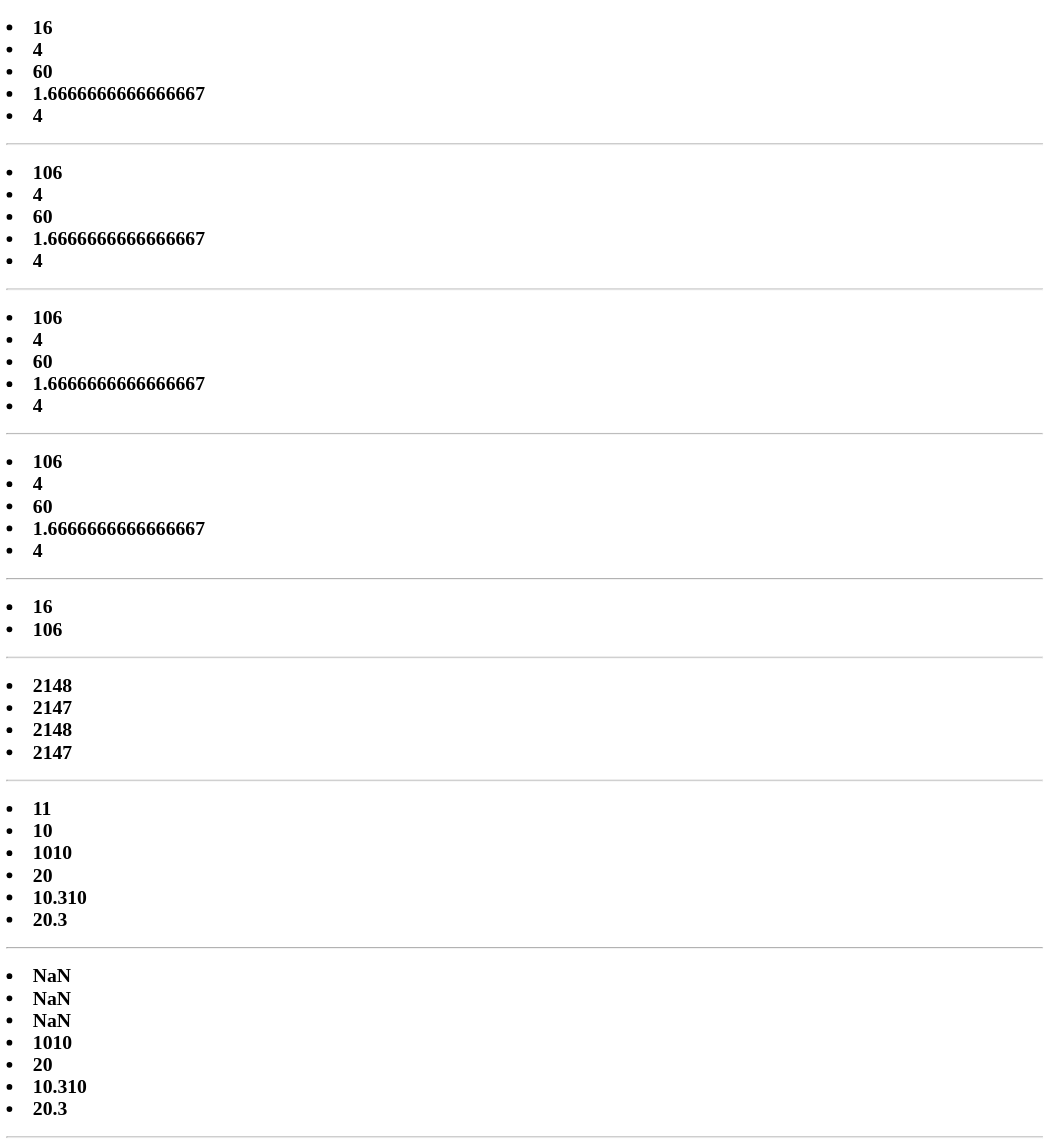
Repository: ady0099/webstudy
Page: 03_javascript/src/main/webapp/day03/ex01_number.html
The author's editor kept a copy of each file at every save. The page is drawn from the files as they stood at one save, then again after the next save.
The browser window is 1280 px wide. The pictures show the whole page, at 82% of full size.

Above is the page before, as saved 2023-06-29 01:48:20.

### 03_javascript/src/main/webapp/day03/ex01_number.html
<!DOCTYPE html>
<html>
	<head>
		<meta charset="UTF-8">
		<title>Number 클래스</title>
		<script type="text/javascript">
			var s1 = 10;
			var s2 = 6;
			document.write("<h2>");
			document.write("<li>"+(s1+s2)+"</li>");
			document.write("<li>"+(s1-s2)+"</li>");
			document.write("<li>"+(s1*s2)+"</li>");
			document.write("<li>"+(s1/s2)+"</li>");
			document.write("<li>"+(s1%s2)+"</li>");
			document.write("</h2>");
			document.write("<hr>");

			var s1 = "10";
			var s2 = "6";
			document.write("<h2>");
			document.write("<li>"+(s1+s2)+"</li>"); // 계산X, 문자열 결합
			document.write("<li>"+(s1-s2)+"</li>"); // 이하 계산가능
			document.write("<li>"+(s1*s2)+"</li>");
			document.write("<li>"+(s1/s2)+"</li>");
			document.write("<li>"+(s1%s2)+"</li>");
			document.write("</h2>");
			document.write("<hr>");

			var s1 = 10;
			var s2 = "6";
			document.write("<h2>");
			document.write("<li>"+(s1+s2)+"</li>"); // 계산X, 문자열 결합
			document.write("<li>"+(s1-s2)+"</li>"); // 이하 계산가능
			document.write("<li>"+(s1*s2)+"</li>");
			document.write("<li>"+(s1/s2)+"</li>");
			document.write("<li>"+(s1%s2)+"</li>");
			document.write("</h2>");
			document.write("<hr>");

			var s1 = "10";
			var s2 = 6;
			document.write("<h2>");
			document.write("<li>"+(s1+s2)+"</li>"); // 계산X, 문자열 결합
			document.write("<li>"+(s1-s2)+"</li>"); // 이하 계산가능
			document.write("<li>"+(s1*s2)+"</li>");
			document.write("<li>"+(s1/s2)+"</li>");
			document.write("<li>"+(s1%s2)+"</li>");
			document.write("</h2>");
			document.write("<hr>");

			// 숫자를 문자열로 변경 toString()
			s1 = 10;
			s2 = 6;
			document.write("<h2>");
			document.write("<li>" +(s1+s2)+"</li>");
			document.write("<li>" +(s1.toString()+s2)+"</li>");
			document.write("</h2>");
			document.write("<hr>");

			// toFixed(자릿수) : 지정된 소숫점 이하 자릿수 작성(반올림), 음수는 사용 못함
			document.write("<h2>");
			s1 = 2147.656;
			s2 = 2147.444

			document.write("<li>"+s1.toFixed(0)+"</li>"); // 2148
			document.write("<li>"+s2.toFixed(0)+"</li>"); // 2147

			document.write("<li>"+s1.toFixed(0)+"</li>"); // 2147.7
			document.write("<li>"+s2.toFixed(0)+"</li>"); // 2147.4


			document.write("</h2>");
			document.write("<hr>");


			// 문자열을 숫자로 변환 : Number, parseInt, parseFloat
			// Non(Not a Number) : 숫자가 들어갈 자리에 숫자가 아닌 다른 값이 들어오면 표시되는 예약어
			// isNaN : NaN을 확인하는 함수(Nan이면 true, 아니면 false);
			document.write("<h2>");
			document.write("<li>"+(Number(true)+10)+"</li>"); 	// 11
			document.write("<li>"+(Number(false)+10)+"</li>"); 	// 10
			document.write("<li>"+("10"+10)+"</li>"); 			// 1010
			document.write("<li>"+(Number("10")+10)+"</li>"); 	// 20
			document.write("<li>"+("10.3"+10)+"</li>"); 		// 10.310
			document.write("<li>"+(Number("10.3")+10)+"</li>"); // 20.3
			document.write("</h2>");
			document.write("<hr>");

			document.write("<h2>");
			document.write("<li>"+(Number("10,003")+10)+"</li>"); 	// NaN
			document.write("<li>"+(Number("10A")+10)+"</li>"); 		// NaN
			document.write("<li>"+(Number("A10")+10)+"</li>"); 		// NaN
			document.write("<li>"+("10"+10)+"</li>"); 				// 1010
			document.write("<li>"+(Number("10")+10)+"</li>"); 		// 20
			document.write("<li>"+("10.3"+10)+"</li>"); 			// 10.310
			document.write("<li>"+(Number("10.3")+10)+"</li>"); 	// 20.3
			document.write("</h2>");
			document.write("<hr>");


		</script>
	</head>
	<body>

	</body>
</html>

After the next save:
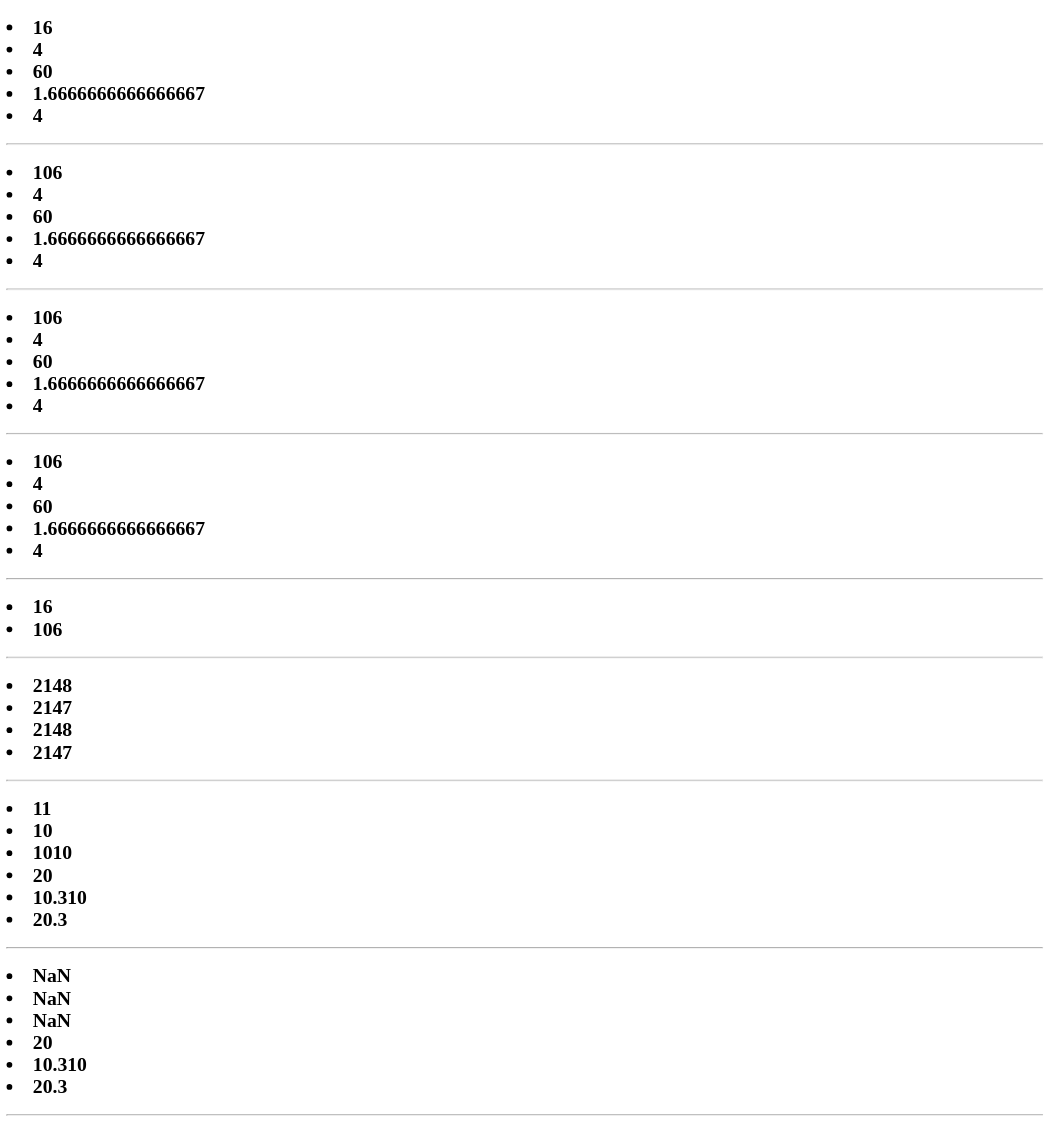
Saved 11 s later.
--- a/03_javascript/src/main/webapp/day03/ex01_number.html
+++ b/03_javascript/src/main/webapp/day03/ex01_number.html
@@ -90,8 +90,7 @@
 			document.write("<li>"+(Number("10,003")+10)+"</li>"); 	// NaN
 			document.write("<li>"+(Number("10A")+10)+"</li>"); 		// NaN
 			document.write("<li>"+(Number("A10")+10)+"</li>"); 		// NaN
-			document.write("<li>"+("10"+10)+"</li>"); 				// 1010
-			document.write("<li>"+(Number("10")+10)+"</li>"); 		// 20
+			document.write("<li>"+(Number("  10")+10)+"</li>"); 		// 20
 			document.write("<li>"+("10.3"+10)+"</li>"); 			// 10.310
 			document.write("<li>"+(Number("10.3")+10)+"</li>"); 	// 20.3
 			document.write("</h2>");

After the 2 saves that followed:
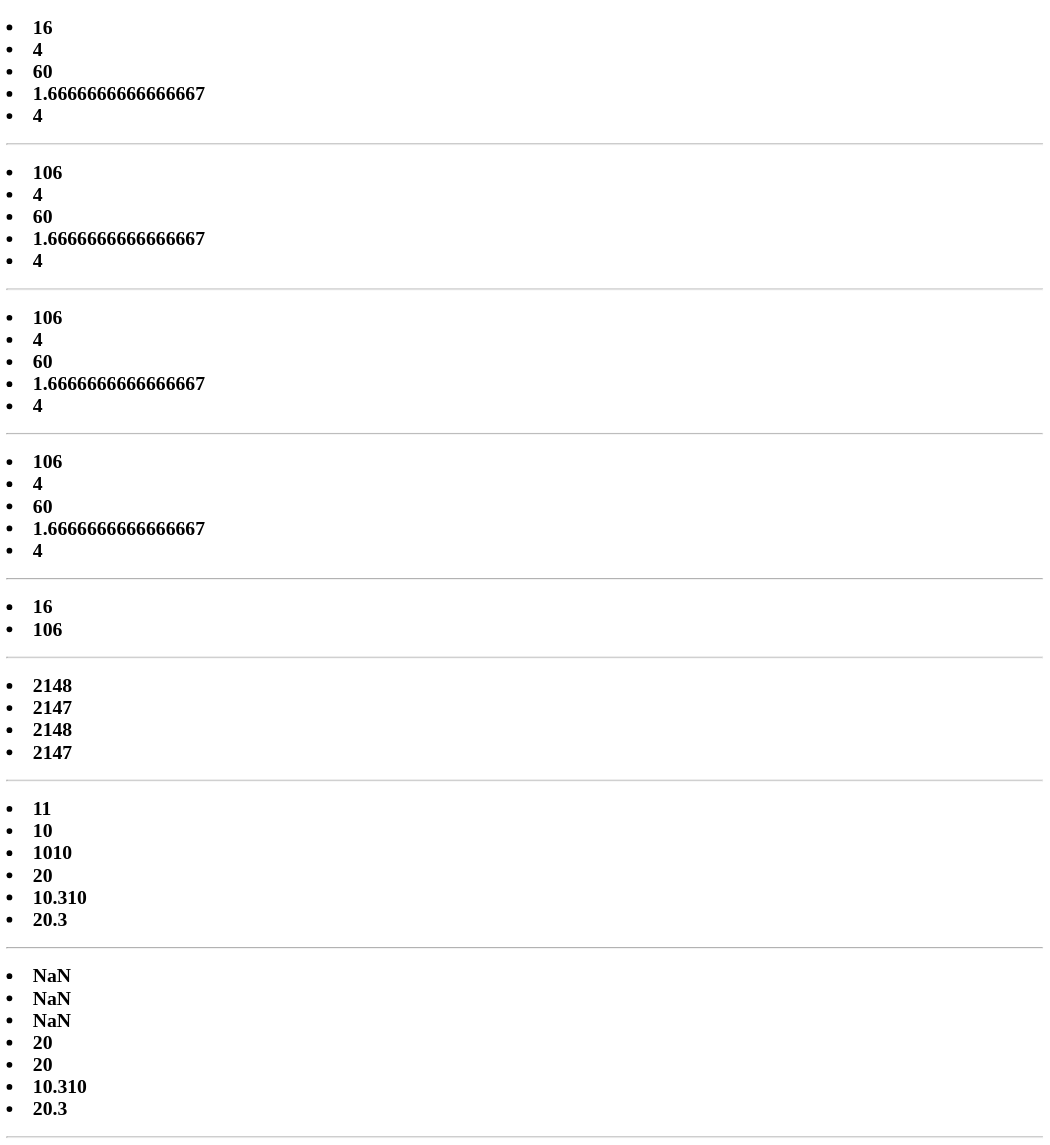
The 2 saves are shown as one change because 1 left the picture as it was.
The last was saved 12 s later.
--- a/03_javascript/src/main/webapp/day03/ex01_number.html
+++ b/03_javascript/src/main/webapp/day03/ex01_number.html
@@ -90,7 +90,8 @@
 			document.write("<li>"+(Number("10,003")+10)+"</li>"); 	// NaN
 			document.write("<li>"+(Number("10A")+10)+"</li>"); 		// NaN
 			document.write("<li>"+(Number("A10")+10)+"</li>"); 		// NaN
-			document.write("<li>"+(Number("  10")+10)+"</li>"); 		// 20
+			document.write("<li>"+(Number("  10")+10)+"</li>"); 	// 20
+			document.write("<li>"+(Number("10  ")+10)+"</li>"); 	// 20
 			document.write("<li>"+("10.3"+10)+"</li>"); 			// 10.310
 			document.write("<li>"+(Number("10.3")+10)+"</li>"); 	// 20.3
 			document.write("</h2>");
